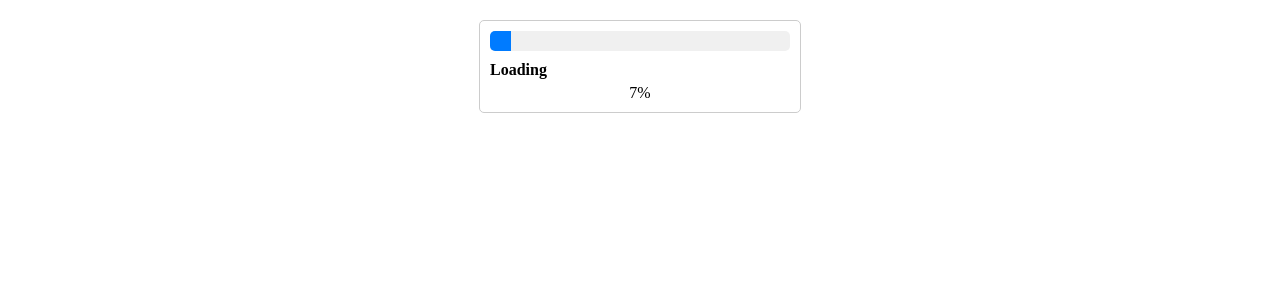
Repository: sriram1224/Loading_bar
Page: /
The author's editor kept a copy of each file at every save. The page is drawn from the files as they stood at one save, then again after the next save.
The browser window is 1280 px wide. The pictures show the whole page.
The project was rebuilt for these pictures with package versions that can differ from the ones it lists, and the page was loaded fresh each time. Also part of the build but not shown: src/App.css.

Above is the page before, as saved 2024-04-22 04:30:17.

After the next save:
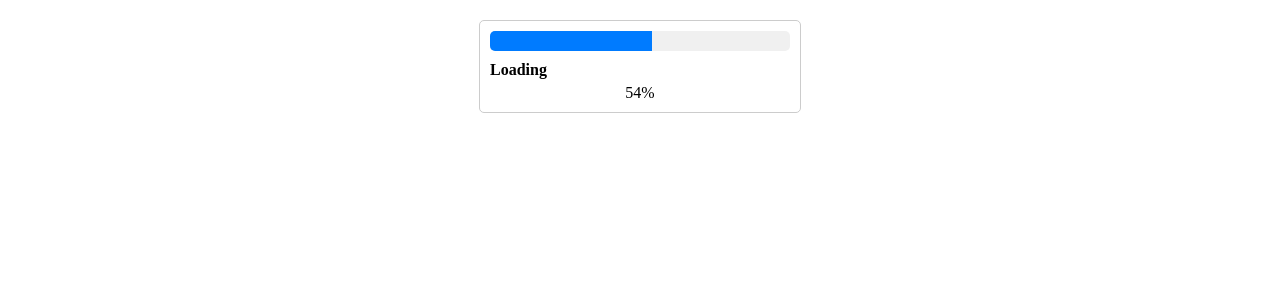
Saved 8 s later.
--- a/src/loader.js
+++ b/src/loader.js
@@ -16,7 +16,7 @@ const ProgressBar = () => {
         clearInterval(interval);
         setStatus('Complete');
       }
-    }, 700); // Adjust the interval duration as per your preference for smoothness
+    }, 100); // Adjust the interval duration as per your preference for smoothness
 
     return () => clearInterval(interval);
   }, []);
